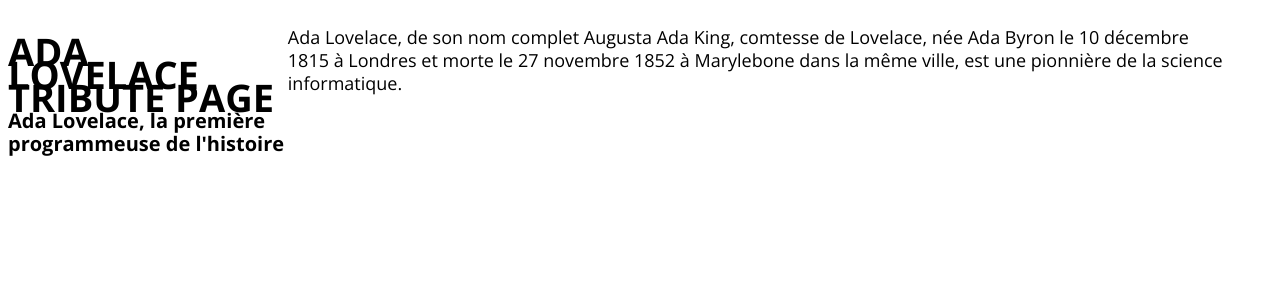
Repository: b3no1t/integration-training
Page: onepage-adalovelace/src/index.html
The author's editor kept a copy of each file at every save. The page is drawn from the files as they stood at one save, then again after the next save.
The browser window is 1280 px wide. The pictures show the whole page.

Above is the page before, as saved 2025-01-27 15:16:13.

### onepage-adalovelace/src/index.html
<!DOCTYPE html>
<html lang="en">
<head>
 <meta charset="UTF-8">
 <meta name="viewport" content="width=device-width, initial-scale=1.0">
 <link rel="preconnect" href="https://fonts.googleapis.com">
<link rel="preconnect" href="https://fonts.gstatic.com" crossorigin>
<link href="https://fonts.googleapis.com/css2?family=Open+Sans:ital,wght@0,300..800;1,300..800&display=swap" rel="stylesheet">
<link rel="stylesheet" href="./assets/css/main.css">
 <title>ADA LOVELACE</title>
</head>
<body>

<div class="wrapper">


<header>
 <div class="section-intro">
  <div>
  <h2>
   ADA LOVELACE TRIBUTE PAGE
   <span>
    Ada Lovelace, la première programmeuse de l'histoire
   </span>
  </h2>
 </div>
<div>
  <p>
   Ada Lovelace, de son nom complet Augusta Ada King, comtesse de Lovelace, née Ada Byron le 10 décembre 1815 à Londres et morte le 27 novembre 1852 à Marylebone dans la même ville, est une pionnière de la science informatique.
  </p>
 </div>
 </div>
</header>
<main>
 <section class="intro">
  <h2></h2>
  <div class="container">
   <p></p>
   <img src="" alt="">
  </div>
 </section>
 <section class="gallery">
  <!-- 4 imageshorizontale -->
 </section>
 <section>
  <!-- une image pleine largeur en fond avec du texte par dessus -->
 </section>
 <section>
  <h2></h2>
  <p></p>
 </section>
 <section>
  <h2></h2>
  <p></p>
 </section>
</main>
<footer>
 <img src="" alt="">
</footer>

</body>
</html>

### onepage-adalovelace/src/assets/css/main.css
/*
* ADA Style
*/



.wrapper{
 max-width: 1300px;
 width: 100%;
 margin-inline: auto
}



/* layout*/
.full-width {
  width: 100%;
  margin: 0;
  background-image: url(../../assets/img/ada-illu2.png);
  background-size: cover;
  display: flex;
  justify-content: flex-end;
}
.full-width .content {
  width: 50%;
  padding-left: 1rem;
}
main > * + * {
 margin-top: 2em;
 border: 1px soid red;
}
.section-intro{
 display: flex;
 justify-content: space-between;
 & p{
  font-size: 18px;
  line-height: 23px;
 }
 & h2{
  font-size: 38px;
  display: block;
 }
 & span{
  display: block;
   font-size: 20px;
 }
}

/*content*/
* {
  font-family: "open sans", -apple-system, BlinkMacSystemFont, "Segoe UI",
    Roboto, Oxygen, Ubuntu, Cantarell, "Open Sans", "Helvetica Neue", sans-serif;
}
.content {
  font-size: 26px;
  line-height: 42px;
  font-weight: 600;
}
h1 {
  font-size: 4rem;
  font-weight: 900;
}
h2{
 font-size: 2rem;
 line-height: 23px;
}
p{
 font-size: 1.2rem;
}

After the next save:
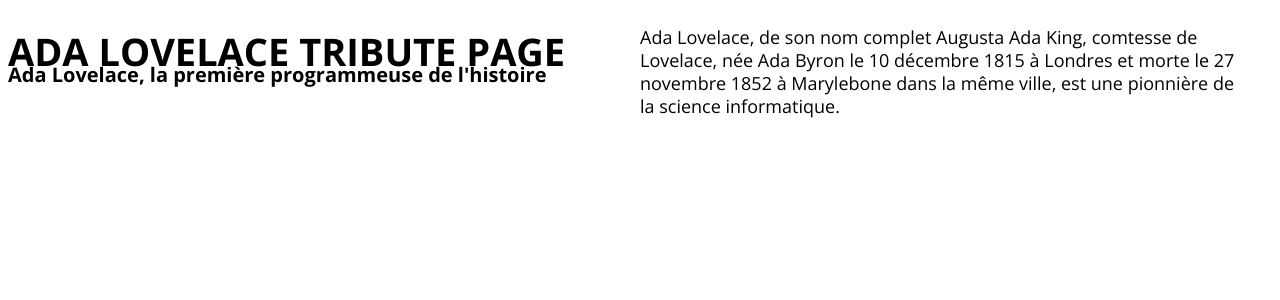
Saved 18 s later.
--- a/onepage-adalovelace/src/assets/css/main.css
+++ b/onepage-adalovelace/src/assets/css/main.css
@@ -32,6 +32,9 @@
 .section-intro{
  display: flex;
  justify-content: space-between;
+ & div{
+  width: 50%;
+ }
  & p{
   font-size: 18px;
   line-height: 23px;
